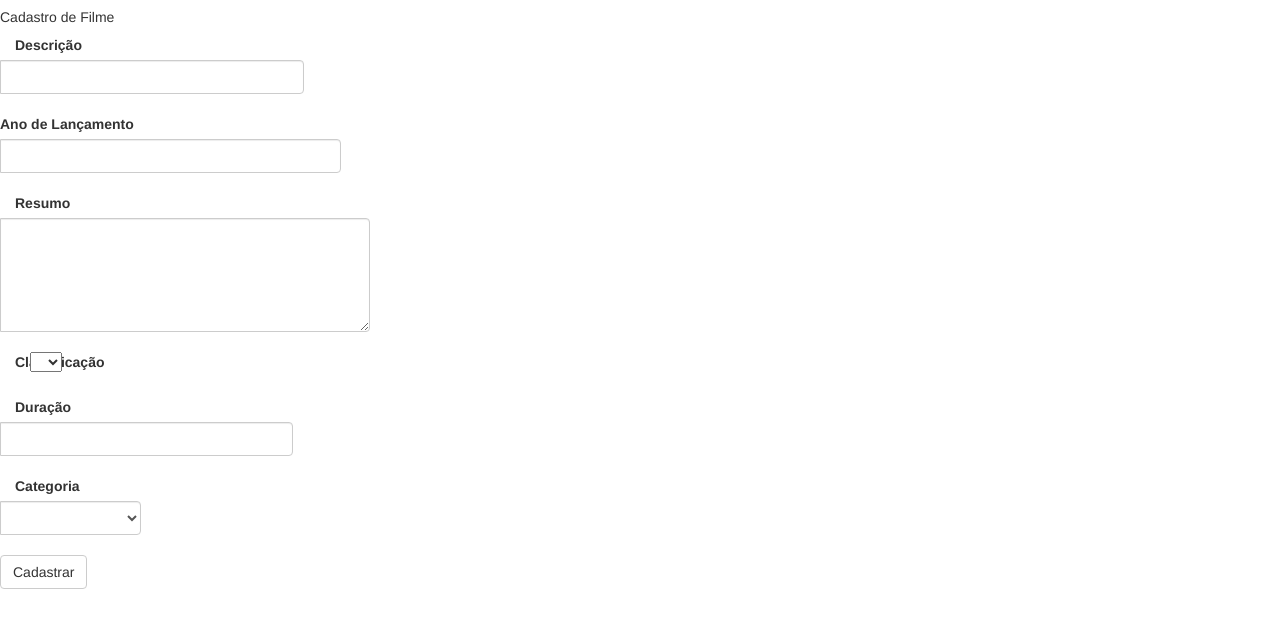
Repository: cadupedrassani/CursoDeJava
Page: Avaliação/BaseAPI/WebApp/src/main/webapp/filme/cadastro.html
The author's editor kept a copy of each file at every save. The page is drawn from the files as they stood at one save, then again after a run of saves.
The browser window is 1280 px wide. The pictures show the whole page.

Above is the page before, as saved 2016-12-06 16:50:08.

After the next 2 saves:
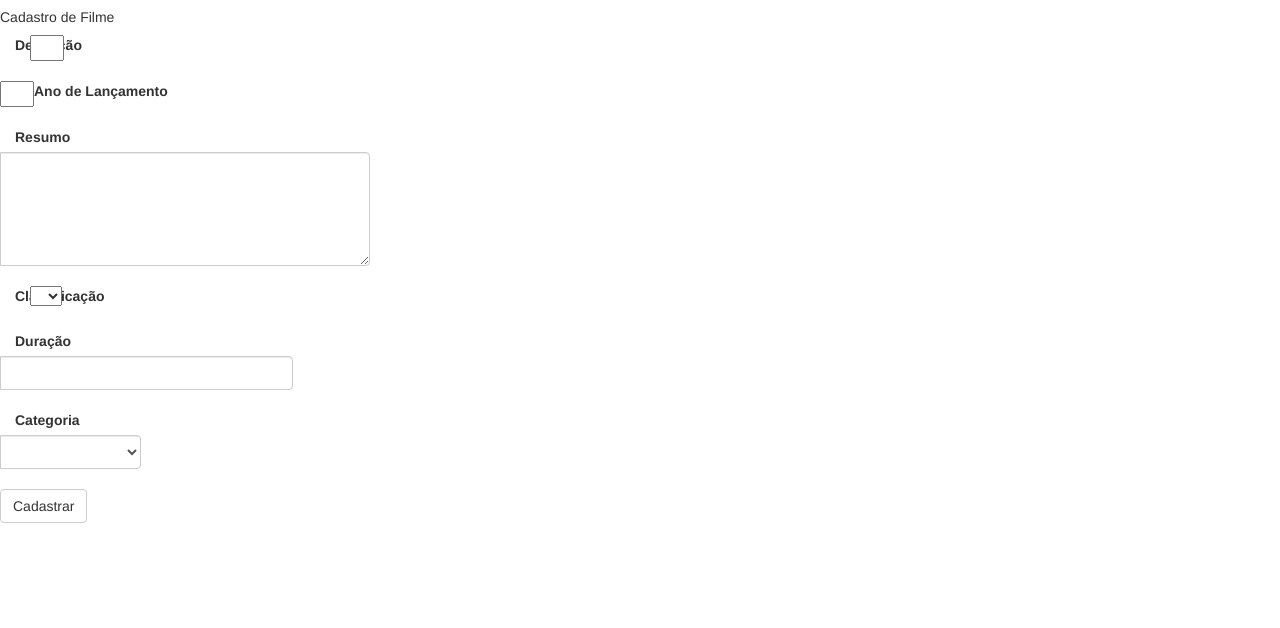
The 2 saves are shown as one change because they came seconds apart.
The last was saved 10 s later.
--- a/Avaliação/BaseAPI/WebApp/src/main/webapp/filme/cadastro.html
+++ b/Avaliação/BaseAPI/WebApp/src/main/webapp/filme/cadastro.html
@@ -13,7 +13,7 @@
 	<label class="control-label col-sm-1">Descrição</label>
 	<input id="descricao-filme"
 	       type="text"
-	       class="form-control"></input>
+	       class="control-label col-sm-1"></input>
 </div>
 </br>
 
@@ -21,7 +21,7 @@
 	<label>Ano de Lançamento</label>
 	<input id="ano-filme"
 	       type="text"
-	       class="form-control"></input>
+	       class="control-label col-sm-1"></input>
 </div>
 </br>
 
